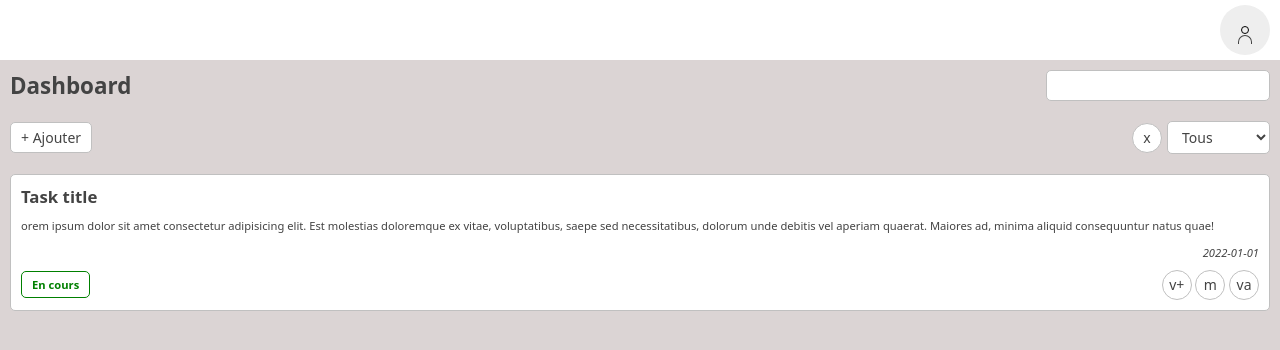
Repository: zpaulange/task_manager
Page: dashboard/index.html
The author's editor kept a copy of each file at every save. The page is drawn from the files as they stood at one save, then again after the next save.
The browser window is 1280 px wide. The pictures show the whole page.

Above is the page before, as saved 2025-03-06 15:34:20.

After the next save:
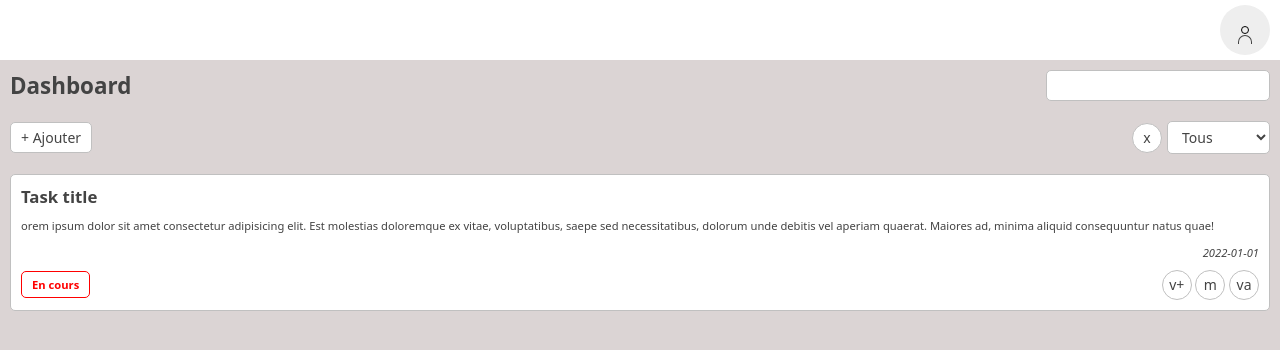
Saved 9 s later.
--- a/dashboard/index.html
+++ b/dashboard/index.html
@@ -46,7 +46,7 @@
                 2022-01-01
               </div>
               <div class="main-task__content-item__actions">
-                <span class="main-task__content-item__actions_status completed">
+                <span class="main-task__content-item__actions_status canceled">
                   En cours
                 </span>
                 <div>
